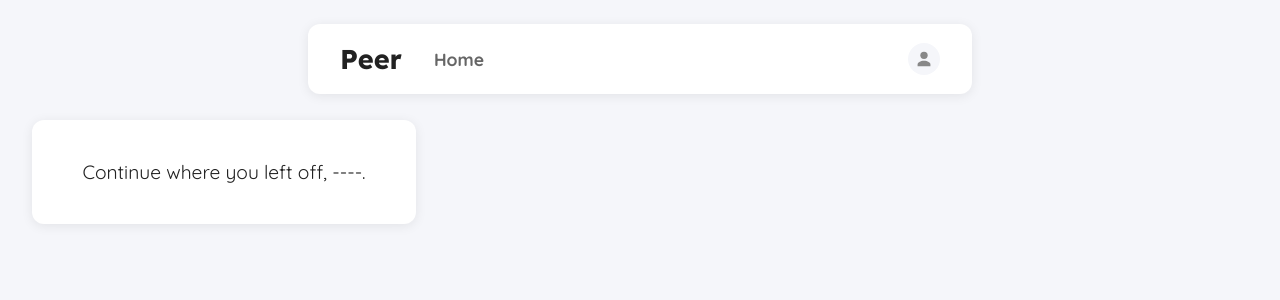
Repository: saifg123/Peer
Page: home.html
An editor plug-in stored every save of this project. The page is shown before and after the next save, followed by the edit.
The browser window is 1280 px wide. The pictures show the whole page.

Above is the page before, as saved 2025-05-24 19:46:56.

### home.html
<!DOCTYPE html>
<html lang="en">
<head>
    <link href="https://fonts.googleapis.com/css2?family=Lexend:wght@100..900&family=Quicksand:wght@300..700&family=Rubik:ital,wght@0,300..900;1,300..900&display=swap" rel="stylesheet">
    <meta charset="UTF-8">
    <title>Peer - Home</title>
    <style>
        .header {
            display: flex;
            align-items: center;
            justify-content: space-between;
            background: #fff;
            padding: 18px 32px;
            border-radius: 12px;
            box-shadow: 0 2px 12px rgba(0,0,0,0.08);
            position: absolute;
            top: 0;
            left: 0;
            right: 0;
            margin: 24px auto 0 auto;
            max-width: 600px;
        }
        .header-title {
            font-family: 'Lexend', sans-serif;
            font-size: 1.7rem;
            font-weight: 700;
            color: #222;
            display: flex;
            align-items: center;
            gap: 16px;
        }
        .header-home {
            font-family: 'Quicksand', sans-serif;
            font-size: 1.1rem;
            color: #666;
            margin-left: 16px;
        }
        .guest-icon {
            width: 32px;
            height: 32px;
            display: flex;
            align-items: center;
            justify-content: center;
            background: #f5f6fa;
            border-radius: 50%;
            margin-left: 16px;
        }
        .guest-icon svg {
            width: 22px;
            height: 22px;
            fill: #888;
        }
    </style>
    <style>
        body {
            background: #f5f6fa;
            font-family: 'Quicksand', sans-serif;
            margin: 0;
            padding: 0;
            min-height: 100vh;
            display: flex;
            align-items: center;
            justify-content: center;
        }
        .continue-box {
            background: #fff;
            border-radius: 12px;
            box-shadow: 0 2px 12px rgba(0,0,0,0.08);
            padding: 40px 32px;
            min-width: 320px;
            text-align: center;
            position: absolute;
            top: 120px;
            left: 32px;
            font-size: 1.2rem;
            color: #222;
        }
        .continue-box:hover {
            background: #e0e0e0;
            transition: background 0.3s ease;
        }
    </style>
</head>
<body>
    <div class="header">
        <div class="header-title">
            Peer
            <span class="header-home">Home</span>
        </div>
        <div class="guest-icon">
            <svg viewBox="0 0 24 24">
                <circle cx="12" cy="8" r="4"/>
                <path d="M12 14c-4 0-7 2-7 4v2h14v-2c0-2-3-4-7-4z"/>
            </svg>
        </div>
    </div>
    <div class="continue-box">
        Continue where you left off, ----.
    </div>
</body>
</html>

After the next save:
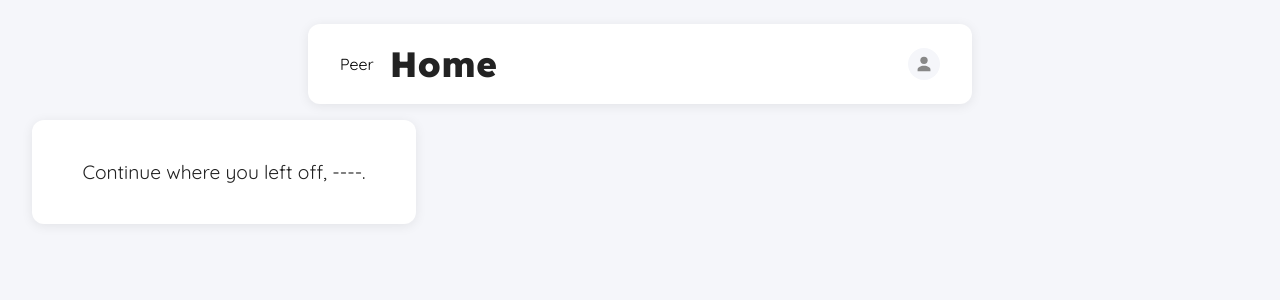
Saved 81 s later.
--- a/home.html
+++ b/home.html
@@ -21,19 +21,33 @@
             max-width: 600px;
         }
         .header-title {
-            font-family: 'Lexend', sans-serif;
-            font-size: 1.7rem;
-            font-weight: 700;
-            color: #222;
             display: flex;
             align-items: center;
             gap: 16px;
         }
+        .header-placeholder {
+            font-family: 'Lexend', sans-serif;
+            font-size: 2.1rem;
+            font-weight: 800;
+            color: #fff;
+            background: #222;
+            width: 44px;
+            height: 44px;
+            display: flex;
+            align-items: center;
+            justify-content: center;
+            border-radius: 50%;
+            margin-right: 18px;
+            letter-spacing: 1px;
+            box-shadow: 0 2px 8px rgba(0,0,0,0.07);
+        }
         .header-home {
-            font-family: 'Quicksand', sans-serif;
-            font-size: 1.1rem;
-            color: #666;
-            margin-left: 16px;
+            font-family: 'Lexend', sans-serif;
+            font-size: 2.2rem;
+            font-weight: 800;
+            color: #222;
+            margin-left: 0;
+            letter-spacing: 0.5px;
         }
         .guest-icon {
             width: 32px;
